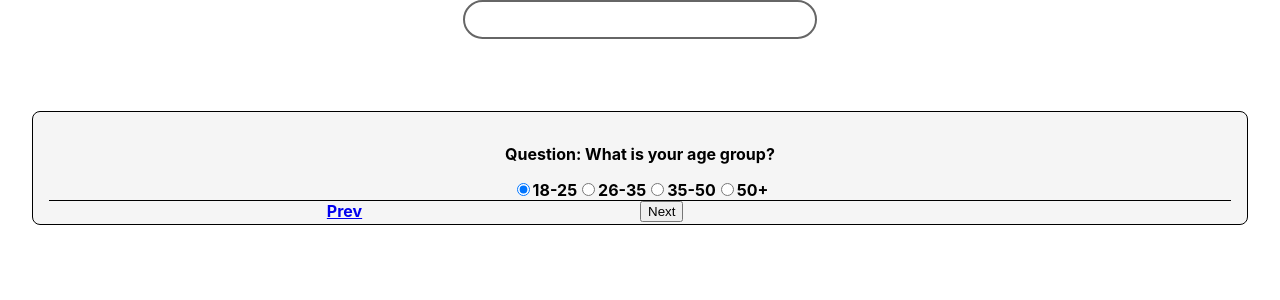
Repository: TheRungtaLibrary/survey
Page: /steps/3
An editor plug-in stored every save of this project. The page is shown before and after a run of saves, followed by the edit.
The browser window is 1280 px wide. The pictures show the whole page.
The project was rebuilt for these pictures with package versions that can differ from the ones it lists, and the page was loaded fresh each time. Also part of the build but not shown: src/App.css, src/components/Steps/Step1/Step1.js, src/components/Steps/Step2/Step2.js, src/components/Steps/Summary/Summary.scss, src/components/Steps/Summary/Summary.js.

Above is the page before, as saved 2020-03-19 15:59:05.

After the next 3 saves:
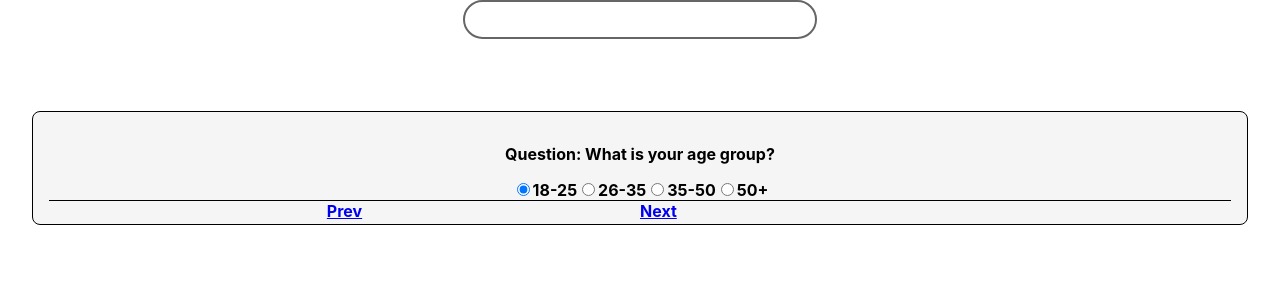
The 3 saves are shown as one change because 2 did not build or start.
The last was saved 69 s later.
--- a/src/components/Steps/Step3/Step3.js
+++ b/src/components/Steps/Step3/Step3.js
@@ -74,7 +74,7 @@ const Step3 = () => {
           <div>
           <Link to="/steps/2" onClick={onPrev}>Prev</Link>
           </div>
-          <button onClick={onSubmit}>Next</button>
+          <Link to="/steps/4" onClick={onSubmit}>Next</Link>
         </div>
       </form>
     );
